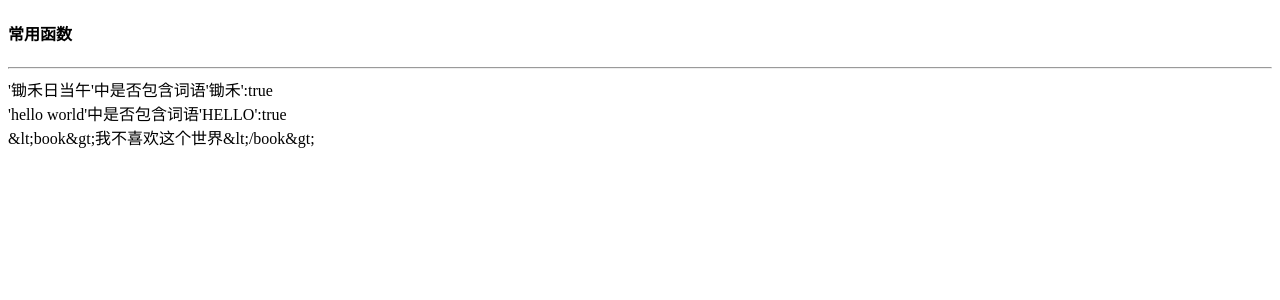
Repository: jionjion/JAVA_WorkSpace
Page: http://localhost/ServletClient/modules/jstlBase/baseXII.jsp
The author's editor kept a copy of each file at every save. The page is drawn from the files as they stood at one save, then again after the next save.
The browser window is 1280 px wide. The pictures show the whole page.
The page is served by Tomcat 9. Other server files are loaded and not shown.

Above is the page before, as saved 2017-07-18 16:35:45.

### ServletClient/WebContent/modules/jstlBase/baseXII.jsp
<%@ page language="java" contentType="text/html; charset=UTF-8"
    pageEncoding="UTF-8"%>
<!-- 核心标签 -->
<%@ taglib uri="http://java.sun.com/jsp/jstl/core" prefix="c"%>
<!-- 常用函数 -->
<%@ taglib uri="http://java.sun.com/jsp/jstl/functions"  prefix="fn"%>
<!DOCTYPE html PUBLIC "-//W3C//DTD HTML 4.01 Transitional//EN" "http://www.w3.org/TR/html4/loose.dtd">
<html>
<head>
<meta http-equiv="Content-Type" content="text/html; charset=UTF-8">
<title>Insert title here</title>
</head>
<body>
	<h4>常用函数</h4>
	<hr>

	<!-- 判断一个字符串中是否包含另一个字符串 -->
	<c:out value="'锄禾日当午'中是否包含词语'锄禾':${fn:contains('锄禾日当午','锄禾') }"></c:out>
	<br>

	<!-- 判断一个字符串中是否包含另一个字符串,忽略大小写 -->
	<c:out value="'hello world'中是否包含词语'HELLO':${fn:containsIgnoreCase('锄禾日当午','锄禾') }"></c:out>
	<br>


	<!-- 输出xml文件 -->
	<c:out value="${fn:escapeXml('<book>我不喜欢这个世界</book>')}"></c:out>
</body>
</html>

After the next save:
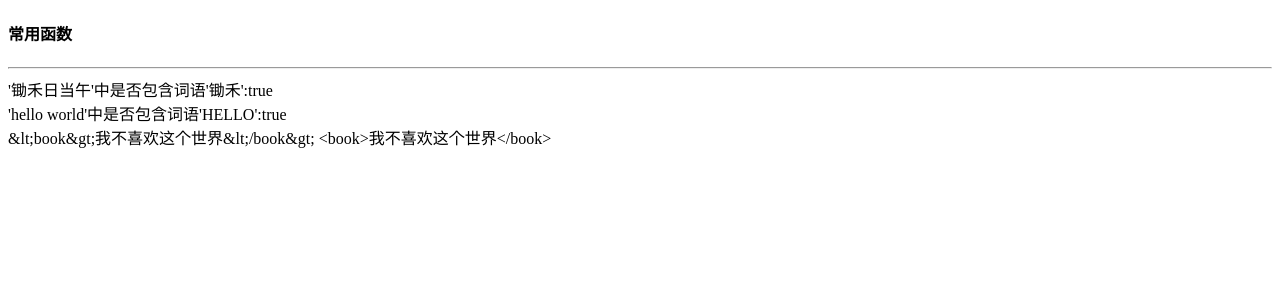
Saved 35 s later.
--- a/ServletClient/WebContent/modules/jstlBase/baseXII.jsp
+++ b/ServletClient/WebContent/modules/jstlBase/baseXII.jsp
@@ -25,5 +25,6 @@
 
 	<!-- 输出xml文件 -->
 	<c:out value="${fn:escapeXml('<book>我不喜欢这个世界</book>')}"></c:out>
+	<c:out value="<book>我不喜欢这个世界</book>"></c:out>
 </body>
 </html>
